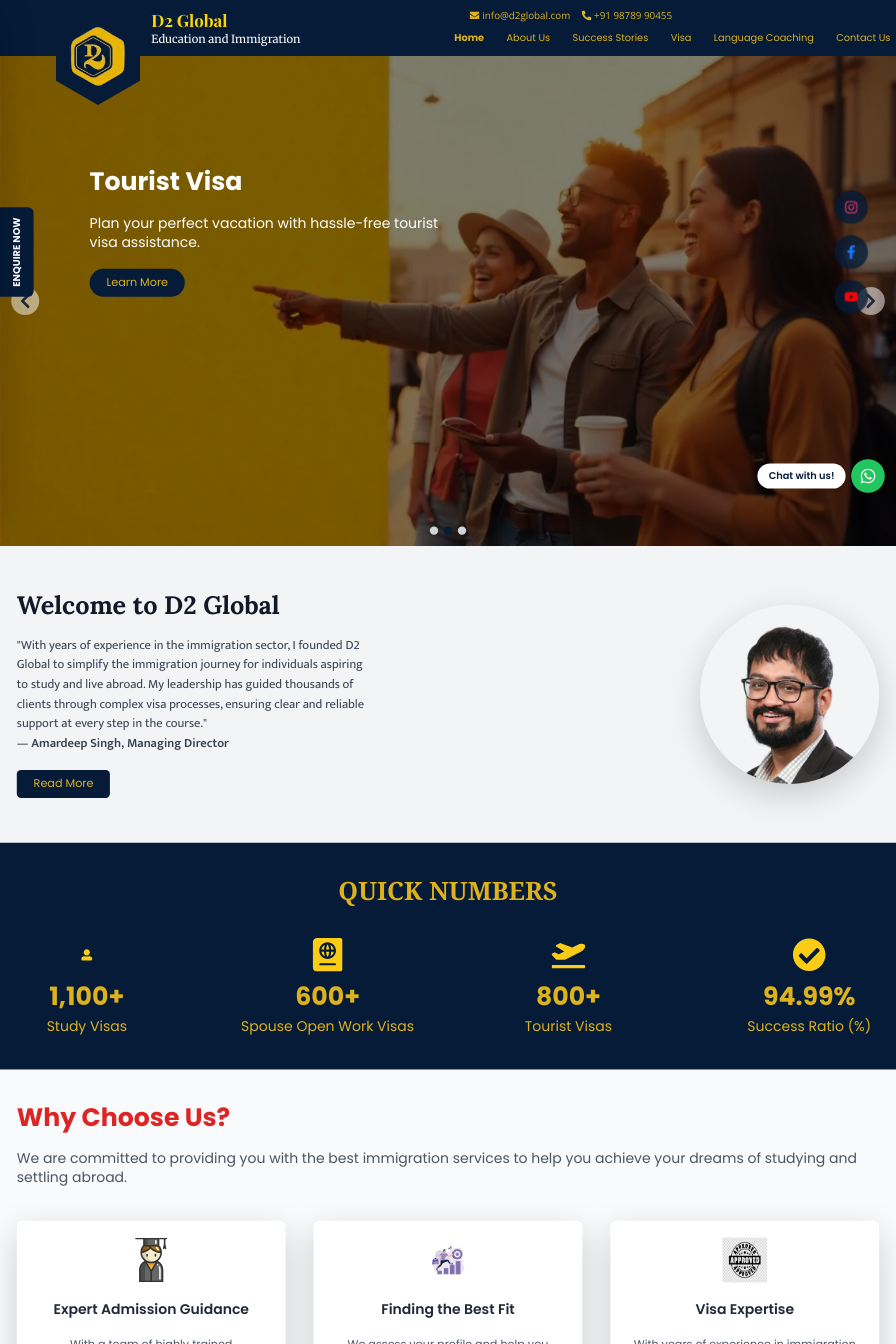
Repository: abhijeets54/d2globalbackup
Page: /
These files come from the project's save history. The page is drawn as it stood at one moment and after a run of saves; the edit follows.
The browser window is 1280 px wide. The pictures show the part of the page from y = 0 to 1920 px (the page is 5726 px tall), at 70% of full size.
Some web fonts or font styles are not loaded; a fallback is used. The project was rebuilt for these pictures with package versions that can differ from the ones it lists, and the page was loaded fresh each time. Also part of the build but not shown: vite.config.js, src/components/Logo.jsx, src/components/Button.jsx, src/components/PostCard.jsx, src/components/Input.jsx, src/components/WhatPeopleAreSaying.jsx, src/components/PassportServiceSlider.jsx, src/components/Register.jsx and 25 more.

Above is the page before, as saved 2024-10-22 13:57:16.

### index.html
<!doctype html>
<html lang="en">
  <head>
    <meta charset="UTF-8" />
    <link rel="icon" type="image/svg+xml" href="/logo.png" />
    <meta name="viewport" content="width=device-width, initial-scale=1.0" />
    <link href="https://fonts.googleapis.com/css2?family=Gothic+A1&family=Inconsolata:wght@200..900&family=Mukta:wght@200;300;400;500;600;700;800&family=Poppins:ital,wght@0,100;0,200;0,300;0,400;0,500;0,600;0,700;0,800;0,900;1,100;1,200;1,300;1,400;1,500;1,600;1,700;1,800;1,900&display=swap" rel="stylesheet">
    <link rel="preconnect" href="https://fonts.googleapis.com">
<link rel="preconnect" href="https://fonts.gstatic.com" crossorigin>
<link href="https://fonts.googleapis.com/css2?family=Lora:ital,wght@0,400..700;1,400..700&family=Merriweather:ital,wght@0,300;0,400;0,700;0,900;1,300;1,400;1,700;1,900&family=Open+Sans:ital,wght@0,300..800;1,300..800&family=Playfair+Display:ital,wght@0,400..900;1,400..900&display=swap" rel="stylesheet">
    <link rel="preconnect" href="https://fonts.googleapis.com">
<link rel="preconnect" href="https://fonts.gstatic.com" crossorigin>
<link href="https://fonts.googleapis.com/css2?family=Lora:ital,wght@0,400..700;1,400..700&family=Merriweather:ital,wght@0,300;0,400;0,700;0,900;1,300;1,400;1,700;1,900&family=Open+Sans:ital,wght@0,300..800;1,300..800&display=swap" rel="stylesheet">
    <link rel="preconnect" href="https://fonts.googleapis.com">
<link rel="preconnect" href="https://fonts.gstatic.com" crossorigin>
<link href="https://fonts.googleapis.com/css2?family=Merriweather:ital,wght@0,300;0,400;0,700;0,900;1,300;1,400;1,700;1,900&display=swap" rel="stylesheet">
    <link href="https://cdn.jsdelivr.net/npm/bootstrap@5.3.3/dist/css/bootstrap.min.css" rel="stylesheet" integrity="sha384-QWTKZyjpPEjISv5WaRU9OFeRpok6YctnYmDr5pNlyT2bRjXh0JMhjY6hW+ALEwIH" crossorigin="anonymous">
    <link
  rel="stylesheet"
  href="https://cdnjs.cloudflare.com/ajax/libs/font-awesome/5.15.3/css/all.min.css"
/>
    <title>D2 Global</title>
  </head>
  <body class="bg-slate-400">
    <div id="root"></div>
    <script src="https://cdn.jsdelivr.net/npm/bootstrap@5.3.3/dist/js/bootstrap.bundle.min.js" integrity="sha384-YvpcrYf0tY3lHB60NNkmXc5s9fDVZLESaAA55NDzOxhy9GkcIdslK1eN7N6jIeHz" crossorigin="anonymous"></script>
    <script type="module" src="/src/main.jsx"></script>
  </body>
</html>

### src/main.jsx
import React from 'react';
import ReactDOM from 'react-dom/client';
import { RouterProvider, createBrowserRouter } from 'react-router-dom';
import App from './App.jsx';
import './index.css';
import Home from './pages/Home.jsx';
import About from './components/About.jsx';
import Layout from './components/Layout.jsx';
import AboutUs from './pages/AboutUs.jsx';
import StudyUK from './pages/StudyUK.jsx';
import StudyAus from './pages/StudyAus.jsx';
import StudyCan from './pages/StudyCan.jsx';
import StudyNz from './pages/StudyNz.jsx';
import StudyUSA from './pages/StudyUSA.jsx';
import StudyEurope from './pages/StudyEurope.jsx';
import StudyDubai from './pages/StudyDubai.jsx';
import StudyAbroad from './pages/StudyAbroad.jsx';
import Training from './pages/Training.jsx';
import TouristVisa from './pages/TouristVisa.jsx';
import WorkVisa from './pages/WorkVisa.jsx';
import VisitorVisa from './pages/VisitorVisa.jsx';
import Contactpage from './pages/Contactpage.jsx';
import PR from './pages/PR.jsx';
import IELTSCoaching from './pages/IELTSCoaching.jsx';
import PTECoaching from './pages/PTECoaching.jsx';
import SuccessStories from './pages/SuccessStories.jsx';

const router = createBrowserRouter([
  {
    path: '/',
    element: <App />,
    children: [
      {
        element: <Layout />,
        children: [
          { path: '/', element: <Home /> },
          { path: '/About', element: <About />},
          { path: '/AboutUs', element: <AboutUs />},
          { path: '/StudyUK', element: <StudyUK /> },
          { path: '/StudyAus', element: <StudyAus /> },
          { path: '/StudyAbroad', element: <StudyAbroad /> },
          { path: '/Training', element: <Training /> },
          { path: '/SuccessStories', element: <SuccessStories /> },
          { path: '/StudyUSA', element: <StudyUSA /> },
          { path: '/Contactpage', element: <Contactpage /> },
          { path: '/IELTSCoaching', element: <IELTSCoaching /> },
          { path: '/PTECoaching', element: <PTECoaching /> },
          { path: '/PR', element: <PR /> },
          { path: '/WorkVisa', element: <WorkVisa /> },
          { path: '/StudyEurope', element: <StudyEurope /> },
          { path: '/StudyDubai', element: <StudyDubai /> },
          { path: '/TouristVisa', element: <TouristVisa /> },
          { path: '/VisitorVisa', element: <VisitorVisa /> },
          { path: '/StudyCan', element: <StudyCan /> },
          { path: '/StudyNz', element: <StudyNz /> },
        ],
      },
    ],
  },
]);

ReactDOM.createRoot(document.getElementById('root')).render(
  <React.StrictMode>
    <RouterProvider router={router} />
  </React.StrictMode>
);

### src/App.jsx
import React, { useState, useEffect } from 'react'
import './App.css'
import { Footer, Header } from './components'
import { Outlet } from 'react-router-dom'


function App() {
  const [loading, setLoading] = useState(false)

  return !loading ? (
    <div className='min-h-screen flex flex-wrap content-between bg-gray-400'>
      <div className='w-full block'>
        <Header />
        <main>
        <Outlet />
        </main>
        <Footer />
      </div>
    </div>
  ) : null
}

export default App

### src/pages/Home.jsx
import React, { useState } from 'react';
import { useNavigate } from 'react-router-dom';
import Collage from '../components/Collage';
import OurAssociates from '../components/OurAssociates';
import QuickNumbers from '../components/QuickNumbers';
import WhatPeopleAreSaying from '../components/WhatPeopleAreSaying';
import PassportServiceSlider from '../components/PassportServiceSlider';
import Register from '../components/Register';
import ContactSystem from '../components/ContactSystem';
import About from '../components/About';
import Offer from '../components/Offer';
import Countries from '../components/Countries';
import PopupForm from '../components/PopupForm';
import Events from '../components/Events';
import QuickEnquiry from '../components/ContactUs/QuickEnquiry';
import Choose from '../components/Choose';
import People from '../components/People';
import CollageWithAnimations from '../components/CollageWithAnimations';
import ResultsSlideshow from '../components/Results';
function Home() {
  const navigate = useNavigate();
  const [showFullText, setShowFullText] = useState(false);

  const handleReadMore = () => {
    navigate('/About');
  };

  const handleMoreAboutUs = () => {
    setShowFullText(!showFullText);
  };

  return (
    <>

   {/* <CollageWithAnimations/> */}
   {/* <PassportServiceSlider/> */}
      {/* <PopupForm /> */}
      <QuickEnquiry />
      <Collage />

        <About />
        {/* <People/> */}
        <QuickNumbers />
        <Choose/>
        <Offer />

        {/* <Timeline /> */}



            <Countries />


            <OurAssociates />
            {/* <ResultsSlideshow/>
          <WhatPeopleAreSaying /> */}

          {/* <Events /> */}

          {/* <Register /> */}
          <ContactSystem/>


    </>
  );
}

export default Home;

### src/components/About.jsx
import React, { useEffect, useState, useRef } from 'react';
import { useNavigate } from 'react-router-dom';

const About = () => {
  const [slideIn, setSlideIn] = useState(false);
  const aboutSectionRef = useRef(null);
  const navigate = useNavigate();

  useEffect(() => {
    const observer = new IntersectionObserver(
      (entries) => {
        entries.forEach((entry) => {
          if (entry.isIntersecting) {
            setSlideIn(true);
          }
        });
      },
      {
        threshold: 0.3,
      }
    );

    if (aboutSectionRef.current) {
      observer.observe(aboutSectionRef.current);
    }

    return () => {
      if (aboutSectionRef.current) {
        observer.unobserve(aboutSectionRef.current);
      }
    };
  }, []);

  const handleReadMore = () => {
    navigate('/AboutUs');
  };

  return (
    <div ref={aboutSectionRef} className="flex items-center justify-center bg-gray-100 py-12 md:py-16">
      <div className="container mx-auto flex flex-col md:flex-row items-center justify-between px-4">

        {/* Sliding Text Content */}
        <div
          className={`transform transition-transform duration-1000 ${slideIn ? 'translate-x-0' : '-translate-x-full'} mt-8 md:mt-0 md:mr-10 max-w-lg text-left md:text-left`}
        >
          <h2 className="text-3xl md:text-4xl font-bold mb-4 text-gray-900 font-lora">Welcome to D2 Global</h2> {/* Use custom font here */}
          <p className="text-base md:text-lg text-gray-700 font-mukta">
            "With years of experience in the immigration sector, I founded D2 Global to simplify the immigration journey for individuals aspiring to study and live abroad. My leadership has guided thousands of clients through complex visa processes, ensuring clear and reliable support at every step in the course."
            <br />
            <span className="font-semibold">— Amardeep Singh, Managing Director</span>
          </p>

          {/* Read More Button */}
          <button
            onClick={handleReadMore}
            className="mt-4 inline-block bg-customBlue text-customYellow px-6 py-2 rounded-md hover:bg-blue-600 transition-colors duration-300"
          >
            Read More
          </button>
        </div>

        {/* Sliding Image */}
        <div
          className={`transform transition-transform duration-1000 ${slideIn ? 'translate-x-0' : 'translate-x-full'} mt-8 md:mt-0`}
        >
          <img
            src="amar.webp"
            alt="Amardeep Singh, Managing Director of D2 Global" // More descriptive alt text
            className="rounded-full shadow-lg w-48 h-48 md:w-64 md:h-64 object-cover object-top mx-auto md:mx-0"
            style={{ objectPosition: 'top center' }} // This will center the face more
          />
        </div>
      </div>
    </div>
  );
};

export default About;

### src/components/Layout.jsx
// src/components/Layout.jsx
import React from 'react';
import { Outlet, useNavigate } from 'react-router-dom';

const Layout = () => {
  const navigate = useNavigate();

  const handleDonateClick = () => {
    navigate('/Donate');
  };

  return (
    <div>
      <Outlet />
      {/* <a
        href="#top"
        className="fixed right-2 bottom-16 bg-blue-950 text-white hover:bg-yellow-500 py-1 px-2 rounded-2 h-8 w-10 mt-2"
        style={{ zIndex: 1000 }}
      >
        <img src="../../IOC Website pictures/icons8-top-50.png" alt="Go to top " />
      </a> */}
    </div>
  );
};

export default Layout;

### src/components/OurAssociates.jsx
import React from 'react';
import 'tailwindcss/tailwind.css';

const logos = [
  '/oxford.webp',
  '/regent.webp',
  '/webster.webp',
  '/avila.svg',
  '/iau.webp',
  '/bcnlip.webp',
  '/camino.webp',
  '/ihmgs.webp',
  '/uclan.webp',
  '/aura.webp',
  '/lyon.webp'
];

function OurAssociates() {
  return (
    <div className="bg-white py-10"> {/* Reduced padding */}
      <h4 className="text-center text-blue-950 mt-3 text-3xl sm:text-4xl lg:text-5xl font-semibold">
        OUR PARTNERS
      </h4>
      <br />
      <div className="overflow-hidden relative">
        <div className="flex animate-scroll space-x-6 sm:space-x-8 lg:space-x-10">
          {/* Duplicating logos to create seamless infinite scroll */}
          {logos.concat(logos).map((logo, index) => (
            <div key={index} className="flex-shrink-0">
              <img
                src={logo}
                alt={`Logo ${index + 1}`}
                className="h-20 w-20 sm:h-28 sm:w-28 lg:h-36 lg:w-36 object-contain"
              />
            </div>
          ))}
        </div>
      </div>
      {/* Adding additional space at the bottom */}
      <div className="mt-10"></div>
    </div>
  );
}

export default OurAssociates;

### src/components/QuickNumbers.jsx
import React, { useEffect, useState, useRef } from 'react';
import CountUp from 'react-countup';
import { FaUserAlt, FaPassport, FaPlaneDeparture, FaCheckCircle } from 'react-icons/fa';
import 'tailwindcss/tailwind.css';

const data = [
  {
    icon: <FaUserAlt className="h-12 w-12++ text-yellow-400 mb-2" />,
    number: 1100,
    label: 'Study Visas'
  },
  {
    icon: <FaPassport className="h-12 w-12 text-yellow-400 mb-2" />,
    number: 600,
    label: 'Spouse Open Work Visas'
  },
  {
    icon: <FaPlaneDeparture className="h-12 w-12 text-yellow-400 mb-2" />,
    number: 800,
    label: 'Tourist Visas'
  },
  {
    icon: <FaCheckCircle className="h-12 w-12 text-yellow-400 mb-2" />,
    number: 95,
    label: 'Success Ratio (%)',
    isDecimal: true,
  }
];

function QuickNumbers() {
  const [showCounts, setShowCounts] = useState(false);
  const quickNumbersRef = useRef(null);

  useEffect(() => {
    const observer = new IntersectionObserver(
      (entries) => {
        if (entries[0].isIntersecting) {
          setShowCounts(true);
        }
      },
      { threshold: 0.2 }
    );

    if (quickNumbersRef.current) {
      observer.observe(quickNumbersRef.current);
    }

    return () => {
      if (quickNumbersRef.current) {
        observer.unobserve(quickNumbersRef.current);
      }
    };
  }, []);

  return (
    <div ref={quickNumbersRef} className="bg-customBlue  w-full">
      <h2 className="text-center text-2xl sm:text-4xl font-serif font-extrabold text-customYellow pt-5 mb-8">
        QUICK NUMBERS
      </h2>

      {/* Responsive Grid Layout */}
      <div className="grid grid-cols-1 sm:grid-cols-2 lg:grid-cols-4 gap-8 lg:gap-24 mt-5 pb-5">
        {data.map((item, index) => (
          <div key={index} className="text-center text-customYellow flex flex-col items-center">
            <div className="quicknumber flex flex-col justify-center items-center">
              <div className="icon mb-2">{item.icon}</div>
              <h3 className="text-2xl sm:text-4xl font-bold">
                {showCounts && (
                  <CountUp
                    end={item.number}
                    duration={7}
                    decimals={item.isDecimal ? 2 : 0}
                    suffix={item.isDecimal ? "%" : "+"}
                  />
                )}
              </h3>
              <p className="mt-2 text-base sm:text-xl">{item.label}</p>
            </div>
          </div>
        ))}
      </div>
    </div>
  );
}

export default QuickNumbers;

### src/components/Offer.jsx
import React from 'react';
import { Link } from 'react-router-dom';
import 'tailwindcss/tailwind.css';

function Offer() {
  const studyAbroadImageUrl = '/student.webp'; // Update with actual image URL
  const ieltsPteImageUrl = '/ielts3.webp'; // Update with actual image URL
  const touristVisaImageUrl = '/tourist.webp'; // Update with actual image URL

  return (
    <div className="mx-auto bg-customBlue
    0 p-6 md:p-10 shadow">
      <h4 className="text-center text-customBlue mt-3 text-xl"></h4>
      <h2 className="text-center text-3xl font-serif  text-customYellow sm:text-4xl mt-3  font-extrabold mb-10 md:mb-16">What We Offer</h2>

      <div className="grid grid-cols-1 sm:grid-cols-2 md:grid-cols-3 gap-6">
        {/* First card: Study Abroad */}
        <div className="col cursor-pointer transform transition-transform hover:scale-105">
          <Link to="/StudyAbroad">
            <div className="card h-full bg-white rounded-lg shadow overflow-hidden">
              <img
                src={studyAbroadImageUrl}
                className="w-full h-52 sm:h-64 md:h-72 object-cover"
                alt="Study Abroad"
              />
              <div className="p-4">
                <h5 className="text-center text-lg sm:text-xl font-bold">Study Abroad</h5>
              </div>
            </div>
          </Link>
        </div>

        {/* Second card: IELTS/PTE */}
        <div className="col cursor-pointer transform transition-transform hover:scale-105">
          <Link to="/Training">
            <div className="card h-full bg-white rounded-lg shadow overflow-hidden">
              <img
                src={ieltsPteImageUrl}
                className="w-full h-52 sm:h-64 md:h-72 object-cover"
                alt="IELTS/PTE"
              />
              <div className="p-4">
                <h5 className="text-center text-lg sm:text-xl font-bold">Language Coaching</h5>
              </div>
            </div>
          </Link>
        </div>

        {/* Third card: Tourist Visa */}
        <div className="col cursor-pointer transform transition-transform hover:scale-105">
          <Link to="/TouristVisa">
            <div className="card h-full bg-white rounded-lg shadow overflow-hidden">
              <img
                src={touristVisaImageUrl}
                className="w-full h-52 sm:h-64 md:h-72 object-cover"
                alt="Tourist Visa"
              />
              <div className="p-4">
                <h5 className="text-center text-lg sm:text-xl font-bold">Tourist Visa</h5>
              </div>
            </div>
          </Link>
        </div>
      </div>
    </div>
  );
}

export default Offer;

### src/components/ContactUs/ContactUs.jsx
import React from 'react';
import '@fortawesome/fontawesome-free/css/all.min.css';

const ContactUs = () => {
  return (
    <footer className="bg-customBlue text-customYellow py-8">
      <div className="container mx-auto grid grid-cols-1 md:grid-cols-2 lg:grid-cols-4 gap-8 text-lg">

        {/* Logo and Company Name Section */}
        <div className="flex items-center md:items-start space-x-4">
          <img src="/logo.png" alt="D2 Global Logo" className="w-32 h-auto md:w-48" />
          <div className="flex flex-col">
            <p className="text-2xl font-bold">D2 Global</p>
            <p className="text-white text-lg">Education and Immigration</p>
          </div>
        </div>

        {/* Enquiries Section */}
        <div className="space-y-2 text-center md:text-left">
          <p className="font-bold text-2xl">Enquiries</p>
          <p>
            <i className="fas fa-envelope mr-2"></i>
            <a href="mailto:info@d2global.com" className="text-gray-400 hover:text-customYellow">
              info@d2global.in
            </a>
          </p>
          <p>
            <i className="fas fa-phone mr-2"></i>
            +91 98789 90455
          </p>
        </div>

        {/* Quick Links Section */}
        <div className="space-y-4 text-center md:text-left">
          <p className="font-bold text-2xl">Quick Links</p>
          <a href="/AboutUs" className="text-gray-400 hover:text-customYellow">About</a> <br />
          <a href="/StudyAbroad" className="text-gray-400 hover:text-customYellow">Study Abroad</a> <br />
          <a href="/TouristVisa" className="text-gray-400 hover:text-customYellow">Tourist Visa</a> <br />
          <a href="/ContactUs" className="text-gray-400 hover:text-customYellow">Contact Us</a> <br />
          <a href="/PR" className="text-gray-400 hover:text-customYellow">Permanent Residency</a> <br />
          <a href="/Training" className="text-gray-400 hover:text-customYellow">Training</a>
        </div>

        {/* Google Maps Location Section */}
        <div className="space-y-2">
          <p className="font-bold text-2xl text-center md:text-left">Our Location</p>
          <iframe
            src="https://www.google.com/maps/embed?pb=!1m18!1m12!1m3!1d3424.0981680924483!2d75.84533397619774!3d30.88391467830946!2m3!1f0!2f0!3f0!3m2!1i1024!2i768!4f13.1!3m3!1m2!1s0x391a8256b1dba32d%3A0x89337467ae3275ed!2sD2%20Global!5e0!3m2!1sen!2sin!4v1728041069574!5m2!1sen!2sin"
            width="100%"
            height="200"
            allowFullScreen=""
            loading="lazy"
            title="Google Map"
            className="border-0"
          />
        </div>

      </div>

      {/* Footer Bottom */}
      <div className="text-center text-customYellow mt-8 text-lg">
        <p>All rights reserved © D2 Global.</p>
      </div>
    </footer>
  );
};

export default ContactUs;

### src/components/container/Container.jsx
import React from 'react'

function Container({ children }) {
  return <div className='w-full'>{children}</div>
}

export default Container

Loaded but not shown: tailwind.config.js (53 lines, source omitted); src/components/index.js (19 lines, source omitted); src/components/ContactSystem.jsx (260 lines, source omitted); src/components/Header/Header.jsx (248 lines, source omitted); src/components/ContactUs/QuickEnquiry.jsx (178 lines, source omitted); src/components/Countries.jsx (133 lines, source omitted); src/components/Collage.jsx (159 lines, source omitted); src/components/Choose.jsx (155 lines, source omitted); src/App.css (212 lines, source omitted); src/index.css (166 lines, source omitted)

After the next 3 saves:
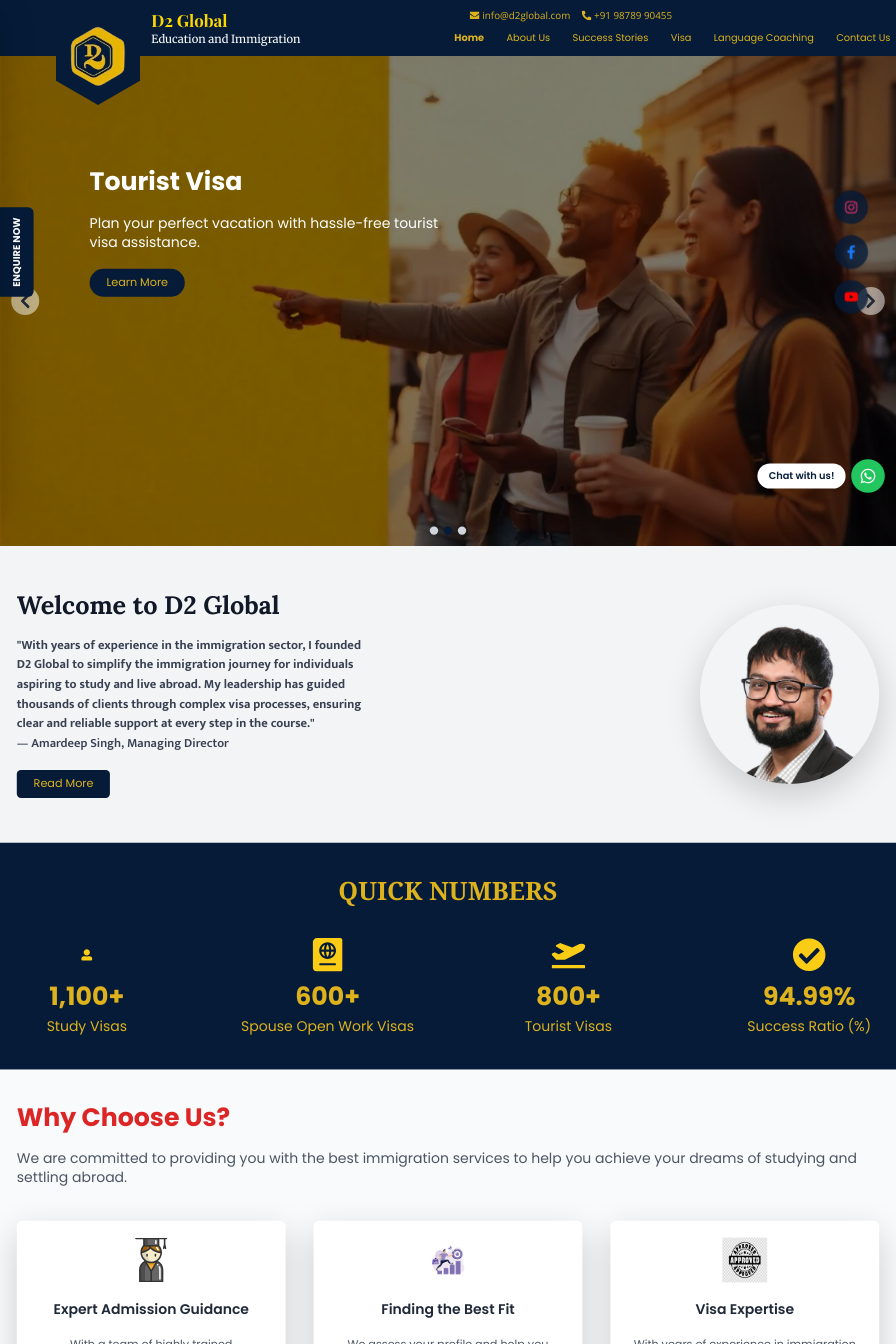
The 3 saves are shown as one change because they came seconds apart.
The last was saved 29 s later.
--- a/src/components/About.jsx
+++ b/src/components/About.jsx
@@ -44,7 +44,7 @@
           className={`transform transition-transform duration-1000 ${slideIn ? 'translate-x-0' : '-translate-x-full'} mt-8 md:mt-0 md:mr-10 max-w-lg text-left md:text-left`}
         >
           <h2 className="text-3xl md:text-4xl font-bold mb-4 text-gray-900 font-lora">Welcome to D2 Global</h2> {/* Use custom font here */}
-          <p className="text-base md:text-lg text-gray-700 font-mukta">
+          <p className="text-base font-bold md:text-lg text-gray-700 font-mukta">
             "With years of experience in the immigration sector, I founded D2 Global to simplify the immigration journey for individuals aspiring to study and live abroad. My leadership has guided thousands of clients through complex visa processes, ensuring clear and reliable support at every step in the course."
             <br />
             <span className="font-semibold">— Amardeep Singh, Managing Director</span>
